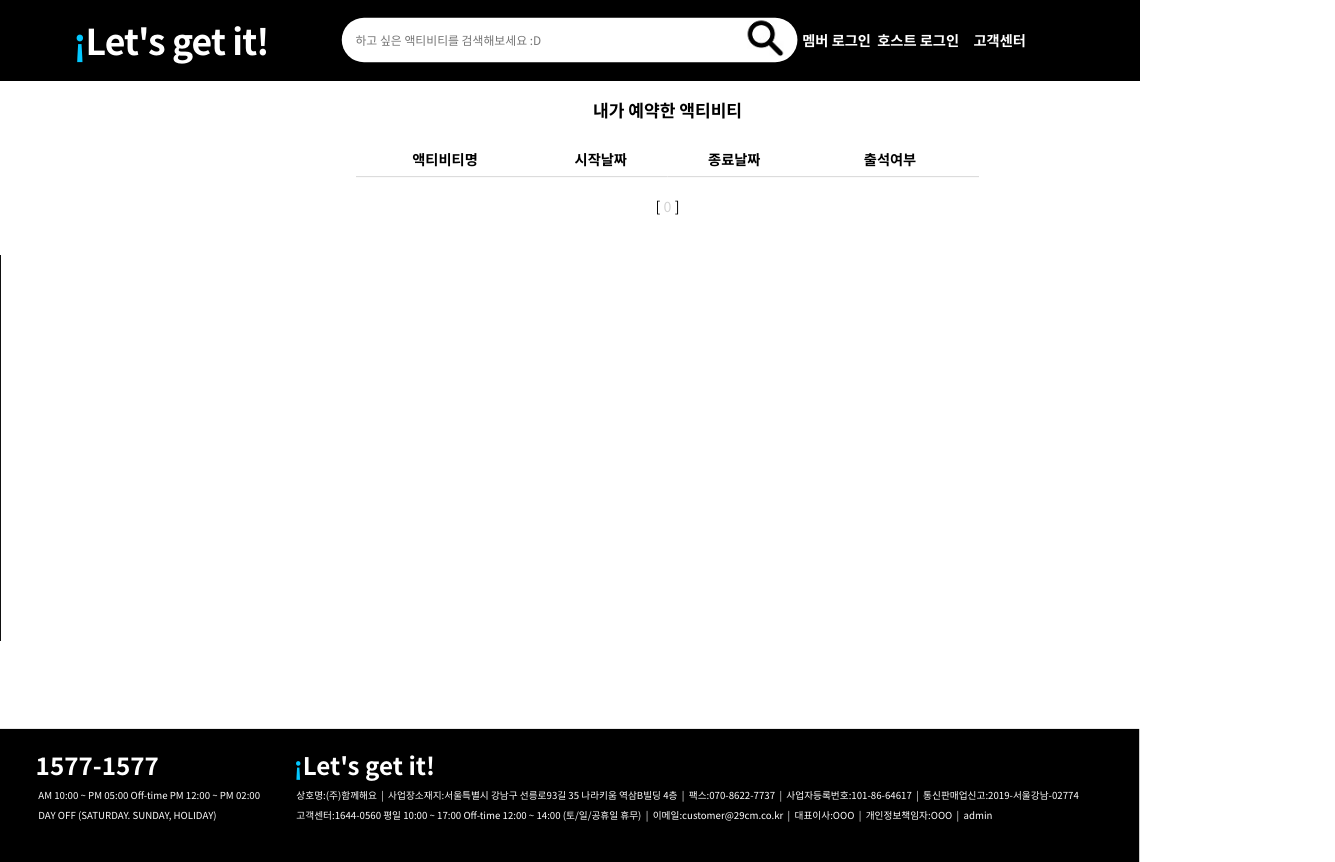
Repository: KiHyo-Tak/2stTeam
Page: http://localhost/2nd_Project_LetsGetIt/WEB-INF/views/member/myActivityList2.jsp
These files come from the project's save history. The page is drawn as it stood at one moment and after the next save; the edit follows.
The browser window is 1280 px wide. The page is 1500 px wide, so the pictures cover 1500 px, including what lies to the right of the window. The pictures show the whole page, at 89% of full size.
Some web fonts or font styles are not loaded; a fallback is used. The page is served by Tomcat 9. Nobody is signed in. The template is opened directly, without the code that normally fills it, so the values that code supplies are empty.

Above is the page before, as saved 2020-05-04 01:43:32.

After the next save:
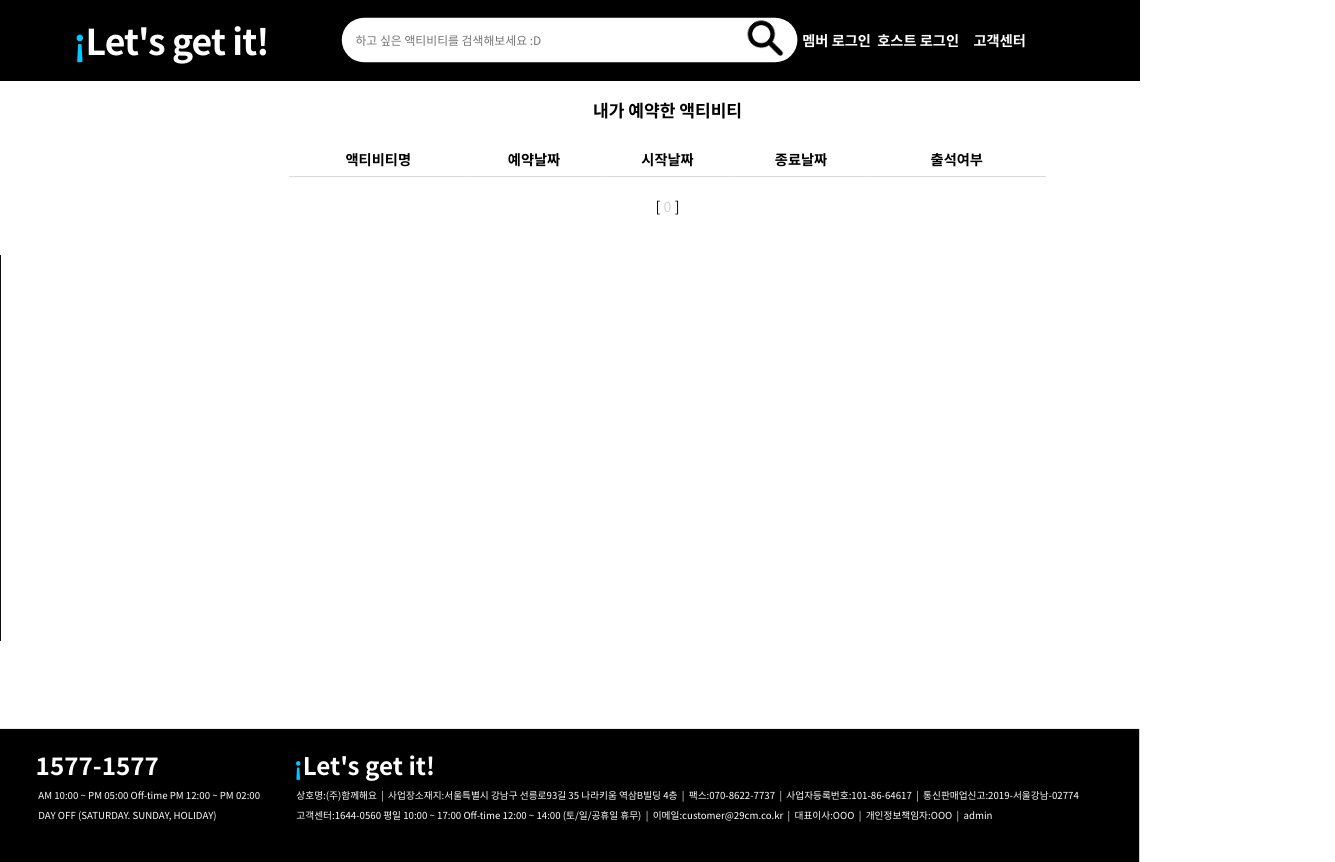
Saved 42 s later.
--- a/2nd_Project_LetsGetIt/src/main/webapp/WEB-INF/views/member/myActivityList2.jsp
+++ b/2nd_Project_LetsGetIt/src/main/webapp/WEB-INF/views/member/myActivityList2.jsp
@@ -70,7 +70,7 @@ $(document).ready(function(){
 			<caption>내가 예약한 액티비티</caption>
 			<tr>
 				<th colspan="2" class="mid">액티비티명</th>
-<!-- 				<th class="long">예약날짜</th> -->
+ 				<th class="long">예약날짜</th>
 				<th class="long">시작날짜</th>
 				<th class="long">종료날짜</th>
 				<th class="mid">출석여부</th>
